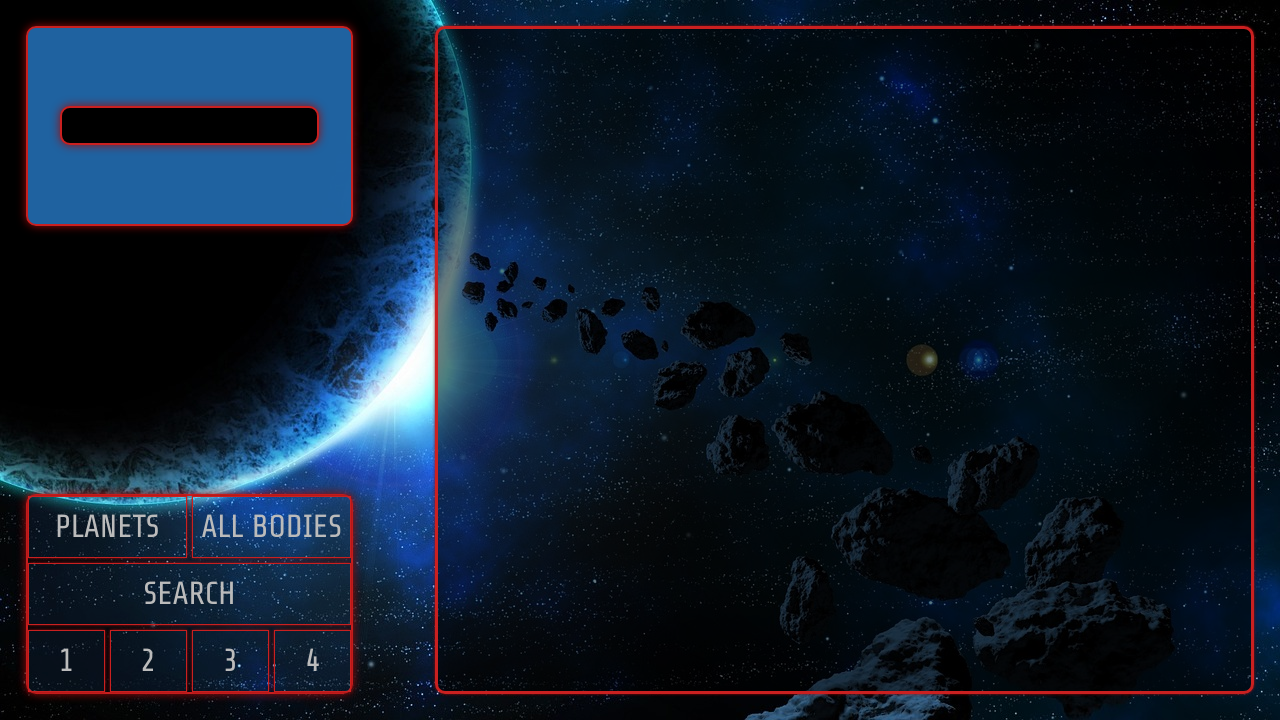
Repository: Przemek-Szadkowski/space-bodies
Page: /
These files come from the project's save history. The page is drawn as it stood at one moment and after the next save; the edit follows.
The browser window is 1280 px wide. The pictures show the whole page.
The page's requests for data from a server got no answer. The project was rebuilt for these pictures with package versions that can differ from the ones it lists, and the page was loaded fresh each time. No one was signed in, and anything a server would have sent is missing. Also part of the build but not shown: src/components/BodieRecord.js.

Above is the page before, as saved 2021-11-27 15:05:25.

### public/index.html
<!DOCTYPE html>
<html lang="en">
  <head>
    <meta charset="utf-8" />
    <meta name="viewport" content="width=device-width, initial-scale=1" />
    <meta />
    <title>Space-bodies</title>
    <link
      href="https://fonts.googleapis.com/css2?family=Share+Tech&display=swap"
      rel="stylesheet"
    />
  </head>
  <body>
    <noscript>You need to enable JavaScript to run this app.</noscript>
    <div id="root"></div>
  </body>
</html>

### src/index.css
* {
  margin: 0;
  padding: 0;
  box-sizing: border-box;
  font-family: "Share Tech", sans-serif;
}

body {
  height: 100vh;
  width: 100%;
  background-image: url(./images/space-g1a6520065_1280.jpg);
  background-position: center;
  background-repeat: no-repeat;
  background-size: cover;
  overflow: hidden;
  transition: 1s;
}

main {
  height: 100vh;
  width: 100%;
  padding: 2%;
  display: grid;
  grid-template-columns: 1fr 2fr;
  grid-template-rows: 1fr 1fr;
}

/***DASHBOARD ***/

.dashboard {
  display: grid;
  grid-template-columns: repeat(4, 1fr);
  grid-template-rows: repeat(3, 1fr);
  column-gap: 5px;
  row-gap: 5px;
  align-self: end;
  justify-self: start;
  grid-area: 2/1/3/2;
  height: 200px;
  width: 80%;
  border: 2px solid rgb(202, 32, 32);
  border-radius: 10px;
  box-shadow: 0 0 10px rgb(155, 11, 11);
}

.dashboard__btn {
  display: flex;
  justify-content: center;
  align-items: center;
  height: 100%;
  width: 100%;
  color: #bbb;
  font-size: 2rem;
  border: 1px solid rgb(202, 32, 32);
  box-shadow: 0 0 3px rgb(155, 11, 11);
  background-color: transparent;
  transition: 0.5s;
  text-transform: uppercase;
  background-color: rgba(39, 123, 201, 0.1);
}

.dashboard__btn:hover {
  cursor: pointer;
  box-shadow: 0 0 30px rgb(155, 11, 11);
  color: rgba(202, 32, 32, 0.9);
  background-color: rgba(0, 0, 0, 0.3);
}

.dashboard__btn__main:nth-child(1) {
  grid-column: 1/3;
}

.dashboard__btn__main:nth-child(2) {
  grid-column: 3/5;
}

.dashboard__btn__start {
  grid-column: 1/5;
}

/*** MAIN TEXT AREA ***/

.text {
  display: flex;
  justify-content: center;
  align-items: center;
  grid-area: 1/2/3/3;
  height: 100%;
  width: 100%;
  border: 3px solid rgb(202, 32, 32);
  box-shadow: 0 0 3px rgb(155, 11, 11);
  border-radius: 10px;
  background-color: rgba(0, 0, 0, 0.5);
  overflow: scroll;
  -ms-overflow-style: none; /* IE and Edge */
  scrollbar-width: none; /* Firefox */
}

.text::-webkit-scrollbar {
  display: none; /* Chrome, Opera */
}

.mainList {
  width: 99%;
  height: 100%;
  padding: 5px 0;
  border-radius: 10px;
  display: grid;
  grid-template-columns: repeat(4, 1fr);
  grid-template-rows: auto;
  gap: 7px;
}

.record {
  color: rgba(202, 32, 32, 0.7);
  width: 100%;
  display: grid;
  grid-template-columns: 1fr;
  grid-template-rows: 1fr;
  background-color: rgba(39, 123, 201, 0.1);
  border: 2px solid rgb(6, 32, 56);
  border-radius: 10px;
  padding: 15px;
  transition: 0.5s;
}

.record:hover {
  cursor: pointer;
  background-color: rgba(39, 123, 201, 0.3);
  color: rgba(202, 32, 32, 0.9);
}

.record p {
  width: 100%;
  font-size: 1.8rem;
  margin-left: 20px;
  margin-bottom: 10px;
}

.record p.bodie-data {
  font-size: 1rem;
  color: #bbb;
  margin-bottom: 0px;
}

/*** SEARCH INPUT ***/

.search {
  display: grid;
  grid-template-columns: 1fr;
  grid-template-rows: 1fr;
  justify-items: center;
  align-items: center;
  grid-area: 1/1/2/2;
  height: 200px;
  width: 80%;
  border: 2px solid rgb(202, 32, 32);
  border-radius: 10px;
  box-shadow: 0 0 10px rgb(155, 11, 11);
  background-color: rgba(39, 123, 201, 0.8);
}

.search input {
  height: 20%;
  width: 80%;
  border: 2px solid rgb(202, 32, 32);
  border-radius: 10px;
  box-shadow: 0 0 10px rgb(155, 11, 11);
  background-color: #000;
  color: rgba(202, 32, 32, 0.7);
  font-size: 1.2rem;
  padding: 0 10px;
}

.search input:focus {
  outline: none;
  border: 2px solid rgb(39, 123, 201);
  box-shadow: 0 0 10px rgb(39, 123, 201);
}

### src/App.js
import React, { useState, useEffect } from 'react';
import BodiesTable from "./components/BodiesTable";
import Dashboard from "./components/Dashboard";
import SearchInput from './components/SearchInput';

const ENDPOINT = 'https://api.le-systeme-solaire.net/rest/bodies/';

function App() {

  const [bodies, setBodies] = useState([]);
  const [arePlanets, setArePlanets] = useState(false);
  const [isSearchInput, setIsSearchInput] = useState(true);

  const getData = async () => {
    const response = await fetch(ENDPOINT);
    const bodiesData = await response.json();
    setBodies(bodiesData);
  }

  const showPlanets = () => {
    setArePlanets(true);
  }

  const showAllBodies = () => {
    setArePlanets(false);
  }

  const showSearchInput = () => {
    setIsSearchInput(true);
  }

  const hideSearchInput = () => {
    setIsSearchInput(false);
  }

  useEffect(() => {
      getData();
  }, []);

  return (
    <main>
      {isSearchInput ? <SearchInput/> : null}
      <Dashboard showPlanets={showPlanets} showAllBodies={showAllBodies}/>
      <BodiesTable bodies={arePlanets ? bodies.bodies.filter(body => body.isPlanet) : bodies.bodies}/>
    </main>
  );
}

export default App;

### src/components/BodiesTable.js
import React from 'react';
import BodieRecord from './BodieRecord';

export default function BodiesTable(props) {
    return (
        <div className="text">
            <div className="mainList">
               {props.bodies && props.bodies.map( bodie => {
                   return <BodieRecord key={bodie.id} data={bodie}/>
               })}
            </div>
        </div>
    )
}

### src/components/Dashboard.js
import React from 'react'

export default function Dashboard(props) {
    return (
        <div className="dashboard">
            <button
            className="dashboard__btn dashboard__btn__main dashboard__btn__main__planets" onClick={props.showPlanets}>Planets</button>
            <button className="dashboard__btn dashboard__btn__main" onClick={props.showAllBodies}>All bodies</button>
            <button className="dashboard__btn dashboard__btn__start">Search</button>
            <button className="dashboard__btn dashboard__btn__options">1</button>
            <button className="dashboard__btn dashboard__btn__options">2</button>
            <button className="dashboard__btn dashboard__btn__options">3</button>
            <button className="dashboard__btn dashboard__btn__options">4</button>
        </div>
    )
}

### src/components/SearchInput.js
import React from 'react'

export default function SearchInput() {
    return (
        <div className="search">
            <input type="search" />
        </div>
    )
}

Loaded but not shown: src/index.js (common file)

After the next save:
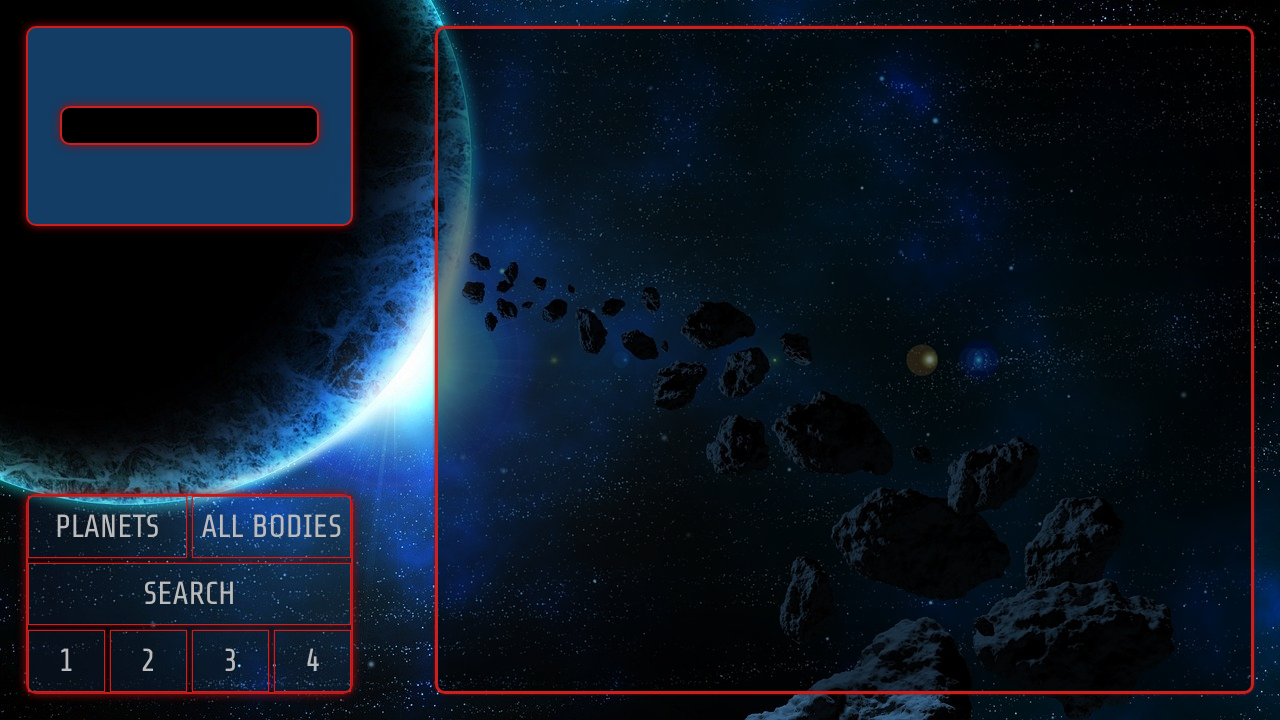
Saved 6 s later.
--- a/src/index.css
+++ b/src/index.css
@@ -157,7 +157,7 @@ main {
   border: 2px solid rgb(202, 32, 32);
   border-radius: 10px;
   box-shadow: 0 0 10px rgb(155, 11, 11);
-  background-color: rgba(39, 123, 201, 0.8);
+  background-color: rgba(39, 123, 201, 0.5);
 }
 
 .search input {
